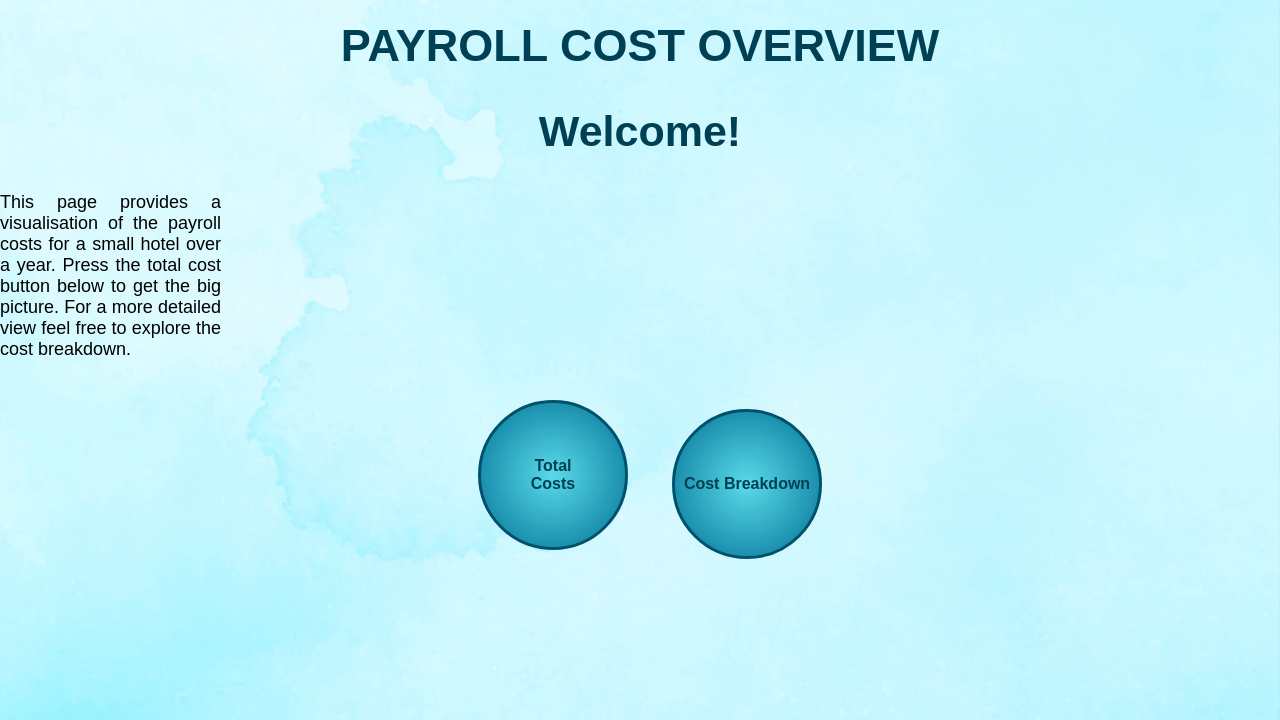
Repository: Code-Institute-Submissions/danfiliphoff-Milestoneproject-2
Page: index.html
The author's editor kept a record of every edit. The page is drawn from the files as they stood at one moment, then again after the next edit.
The browser window is 1280 px wide. The pictures show the whole page.

Above is the page before.

After the next edit:
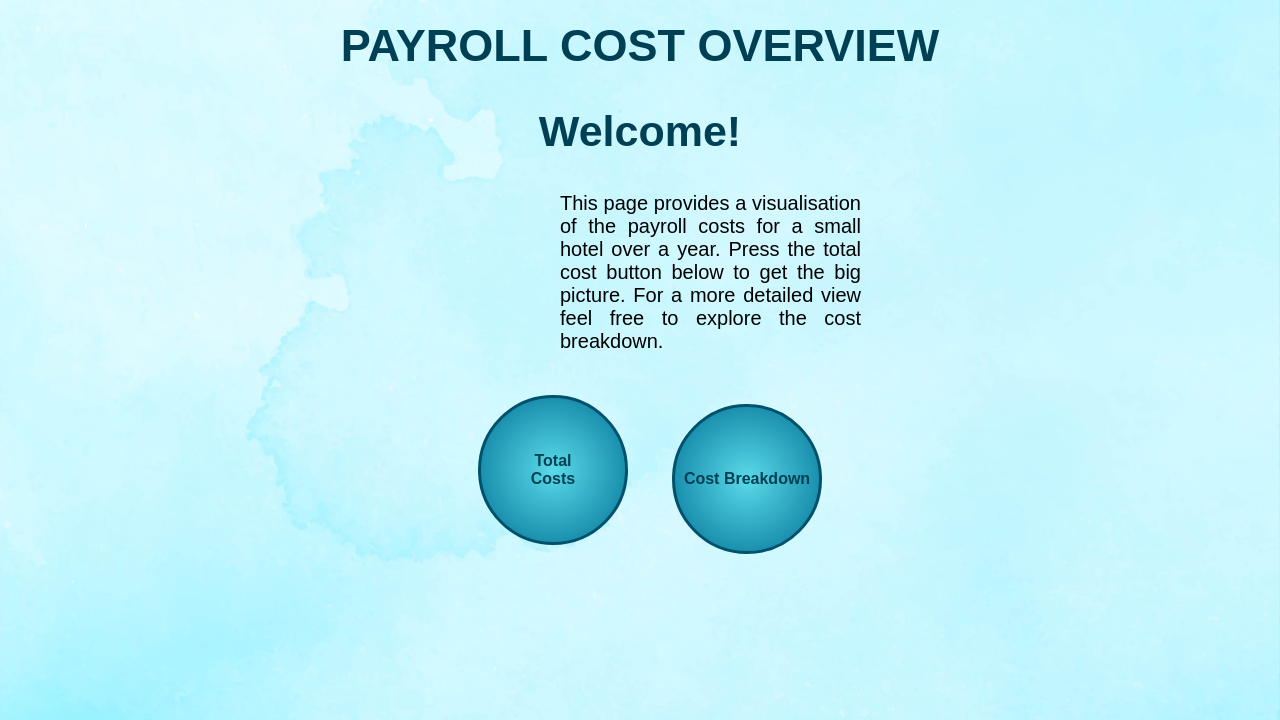
The edit:
--- a/static/css/style.css
+++ b/static/css/style.css
@@ -388,7 +388,16 @@
 
 
 }
-@media (min-width: 1439px){
+
+@media (min-width: 1442px){
+    .topic-text{
+        margin-left: 560px;
+        font-size: 20px;
+        max-width: 301px;
+    }
+}
+
+@media (min-width: 1026px)and (max-width: 1441px){
     .topic-text{
         margin-left: 560px;
         font-size: 20px;
